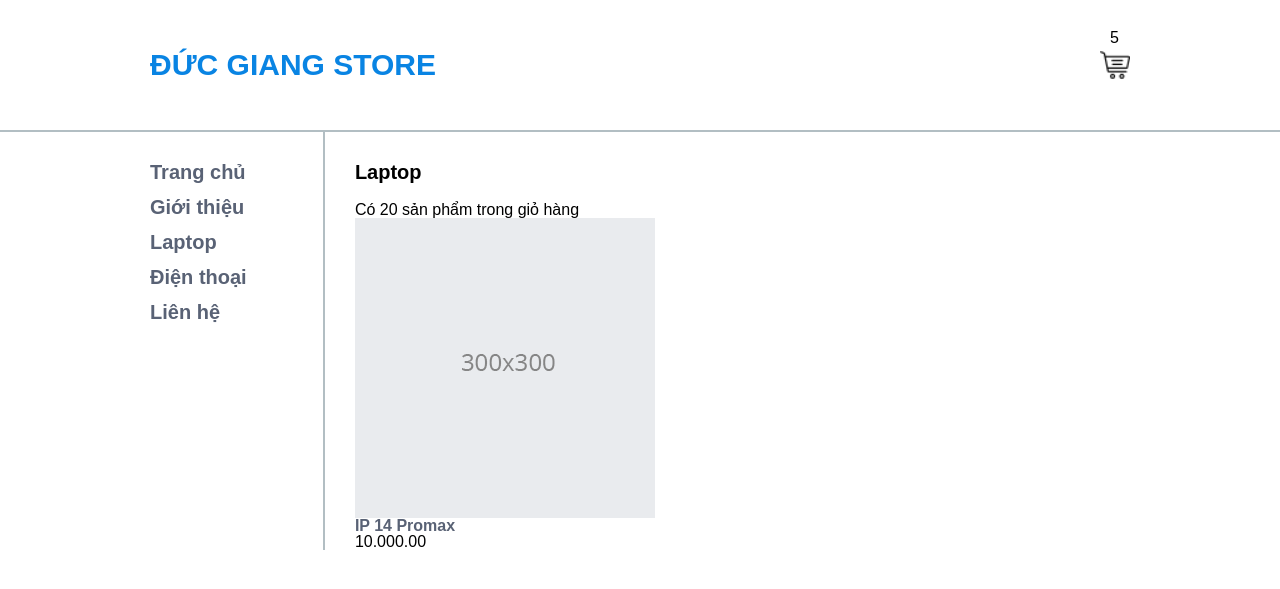
Repository: Giangattt123/PHP
Page: http://localhost/?mod=product&act=main&cat_id=2
These files come from the project's save history. The page is drawn as it stood at one moment and after the next save; the edit follows.
The browser window is 1280 px wide. The pictures show the whole page.
Some web libraries are served in a nearby version. The page is run by PHP 8.4 with error messages shown; the project is at /var/www/html/.

Above is the page before, as saved 2023-03-20 15:05:48.
Console error: TypeError: Cannot read properties of null (reading 'addEventListener')

### PHP_Shopping-Cart/Shopping_Cart/index.php
<?php
    require 'data/page.php';
    require 'data/product.php';
    require 'lib/template.php';
    require 'lib/reuse.php';
    require 'lib/pages.php';
    require 'lib/product.php';
    get_header();
?>
<?php
    $mod = !empty($_GET['mod']) ? $_GET['mod'] : 'home';
    $act = !empty($_GET['act']) ? $_GET['act'] : 'main';
    $path = "modules/{$mod}/{$act}.php";
    if(file_exists($path)){
        require $path;
    }else{

    }
?>
<?php

?>

### PHP_Shopping-Cart/Shopping_Cart/data/page.php
<?php
// Data page
$list_page = array(
    1 => array(
        'id' => 1,
        'page-title' => 'Giới thiệu',
        'create_at' => '08/03/2023' , // timestamp
        'page-content' =>"<p><strong> [Giới thiệu] </strong> Chào mừng đến với trang web bán laptop, PC của ĐỨC GIANG PC! Tại đây, chúng tôi cung cấp cho bạn một loạt các sản phẩm laptop PC chất lượng cao từ các thương hiệu hàng đầu trên thị trường. Chúng tôi cam kết mang đến cho bạn những sản phẩm chất lượng, giá cả hợp lý và dịch vụ chăm sóc khách hàng tốt nhất. Bạn có thể tìm thấy các sản phẩm từ các thương hiệu như Dell, HP, Asus, Lenovo và nhiều hơn nữa. Hãy truy cập trang web của chúng tôi và mua sắm ngay hôm nay để có được chiếc laptop PC tốt nhất cho nhu cầu của bạn. Cảm ơn đã ghé thăm trang web của chúng tôi!</p>"
    ),
    2 => array(
        'id' => 2,
        'page-title' => 'Liên hệ',
        'create_at' => '08/03/2023' , // timestamp
        'page-content' =>"<p><strong> [Liên hệ] </strong> Chúng tôi rất mong nhận được sự phản hồi từ bạn! Nếu bạn có bất kỳ câu hỏi, yêu cầu hoặc góp ý nào, xin vui lòng liên hệ với chúng tôi thông qua trang liên hệ của ĐỨC GIANG PC. Chúng tôi sẵn sàng trợ giúp bạn trong mọi vấn đề liên quan đến sản phẩm. Bạn có thể liên hệ với chúng tôi qua email, điện thoại hoặc mẫu liên hệ trực tuyến. Chúng tôi luôn sẵn sàng lắng nghe và giải quyết mọi thắc mắc của bạn, liên tục cải thiện trang web của mình và cung cấp cho bạn trải nghiệm tốt nhất có thể. Chân thành cảm ơn bạn đã quan tâm đến trang web của ĐỨC GIANG PC và hy vọng sớm nhận được thông tin từ bạn!</p>",
    )
)
?>

### PHP_Shopping-Cart/Shopping_Cart/data/product.php
<?php
#Danh mục
$list_product_cat = array(
    1 => array(
        'id' => 1,
        'cat_title' => "Điện thoại",
    ),
    2 => array(
        'id' => 2,
        'cat_title' => "Laptop",
    ),
);
#Dữ liệu sản phẩm
$list_product = array(
    1 => array(
        'id' => 1,
        'product_title' =>  'iPhone 13 256GB',
        'price' => 19990000,
        'code' => 'UNI#1',
        'product_desc' => 'Apple thỏa mãn sự chờ đón của iFan và người dùng với sự ra mắt của iPhone 13.',
        'product_thumb' => 'https://img.tgdd.vn/imgt/f_webp,fit_outside,quality_100/https://cdn.tgdd.vn/Products/Images/42/250258/iphone-13-starlight-1-600x600.jpg',
        'product_content' => "<p>Bộ vi xử lý Apple A15 mới gia tăng tốc độ CPU tới 50% và GPU đồ họa nhanh hơn 30% so với các đối thủ cạnh tranh trong cùng phân khúc, giúp iPhone 13 thể hiện sức mạnh khả năng xử lý ấn tượng hơn, mượt mà trên mọi tác vụ.</p><p><img src='https://cdn.tgdd.vn/Products/Images/42/250258/iphone-13-256gb-2.jpg'></p>",
        'cat_id' => 1,
    ),
    2 => array(
        'id' => 2,
        'product_title' =>  'iPhone 14 256GB',
        'price' => 22990000,
        'code' => 'UNI#2',
        'product_desc' => 'Mới đây thì tại sự kiện ra mắt sản phẩm mới thường niên đến từ nhà Apple thì chiếc điện thoại iPhone 14 256GB cũng đã chính thức lộ diện',
        'product_thumb' => 'https://img.tgdd.vn/imgt/f_webp,fit_outside,quality_100/https://cdn.tgdd.vn/Products/Images/42/289663/iPhone-14-plus-thumb-den-600x600.jpg',
        'product_content' => "<p>Được hoàn thiện với những vật liệu cao cấp khi mặt lưng làm từ kính cùng bộ khung nhôm chắc chắn, điều này làm cho chiếc máy của bạn trở nên sang trọng và đẳng cấp hơn.</p><p><img src='https://cdn.tgdd.vn/Products/Images/42/289663/iphone-14-256gb-080922-035413.jpg'></p>",
        'cat_id' => 1,
    ),
    3 => array(
        'id' => 3,
        'product_title' =>  'OPPO A57 128GB' ,
        'price' => 4590000,
        'code' => 'UNI#3',
        'product_desc' => 'OPPO đã bổ sung thêm vào dòng sản phẩm OPPO A giá rẻ một thiết bị mới có tên OPPO A57 128GB.',
        'product_thumb' => 'https://img.tgdd.vn/imgt/f_webp,fit_outside,quality_100/https://cdn.tgdd.vn/Products/Images/42/285082/oppo-a57-den-thumb-600x600.jpeg',
        'product_content' => "<p>Khác với mẫu A57 5G đã được ra mắt trước đó, điện thoại dòng A mới có màn hình HD+, camera chính 13 MP và pin 5000 mAh.</p><p><img src='https://cdn.tgdd.vn/Products/Images/42/282090/oppo-a57-4g-2_1280x720.jpg'></p>",
        'cat_id' => 1,
    ),
    4 => array(
        'id' => 4,
        'product_title' =>  'MacBook Pro 13',
        'price' => 30490000,
        'code' => 'UNI#4',
        'product_desc' => 'Đặc điểm nổi bật của MacBook Pro 13" 2020 Touch Bar M1 512GB',
        'product_thumb' => 'https://images.fpt.shop/unsafe/fit-in/214x214/filters:quality(90):fill(white)/fptshop.com.vn/Uploads/Originals/2022/6/7/637901935364438149_macbook-pro-m2-2022-xam-dd.jpg',
        'product_content' => "<p> MacBook Pro M1 13 inch 2020 Touch Bar mới với bộ vi xử lý Apple M1 cho bạn hiệu suất và thời lượng pin tuyệt vời nhất từ trước đến nay, mang đến hiệu năng chuyên nghiệp để hoàn thành những công việc chuyên nghiệp.</p><p><img src='https://images.fpt.shop/unsafe/filters:quality(90)/fptshop.com.vn/Uploads/images/2015/Tin-Tuc/QuanLNH2/macbook-pro-13-m1-1.jpg'></p>",
        'cat_id' => 2,
    ),
    5 => array(
        'id' => 5,
        'product_title' =>  'MacBook Pro 14',
        'price' => 52490000,
        'code' => 'UNI#5',
        'product_desc' => 'Đặc điểm nổi bật của MacBook Pro 14 2023 M2 Pro 10CPU 16GPU 16GB/512GB',
        'product_thumb' => 'https://images.fpt.shop/unsafe/fit-in/240x215/filters:quality(90):fill(white)/fptshop.com.vn/Uploads/Originals/2023/1/18/638096308244034700_macbook-pro-14-2023-m2-pro-10cpu-16gpu-bac-dd.jpg',
        'product_content' => "<p>Phiên bản chuyên nghiệp dành cho những người chuyên nghiệp, MacBook Pro 2023 14 inch với chip M2 Pro đem lại nguồn sức mạnh ấn tượng và vượt xa thế hệ cũ.</p><p><img src='https://fptshop.com.vn/Uploads/images/2015/Tin-Tuc/DuyLe/Android/Gionee/Macbook-pro-14-2023-m2-pro-3.jpg'></p>",
        'cat_id' => 2,
    ),
    6 => array(
        'id' => 6,
        'product_title' =>  'MacBook Pro 15',
        'price' => 65490000,
        'code' => 'UNI#6',
        'product_desc' => 'Đặc điểm nổi bật của MacBook Pro 16" 2021 M1 Pro Ram 32GB',
        'product_thumb' => 'https://images.fpt.shop/unsafe/fit-in/240x215/filters:quality(90):fill(white)/fptshop.com.vn/Uploads/Originals/2021/10/20/637703174146015116_macbook-pro-16-2021-xam-dd.jpg',
        'product_content' => "<p>MacBook Pro 16 inch 2021 chính là dòng máy tính xách tay mạnh nhất thế giới hiện nay với sức mạnh tối thượng từ bộ vi xử lý M1 Pro.</p><p><img src='https://fptshop.com.vn/Uploads/images/2015/Tin-Tuc/QuanLNH2/macbook-pro-16-real-life-2.jpg'></p>",
        'cat_id' => 2,
    ),
);

### PHP_Shopping-Cart/Shopping_Cart/lib/template.php
<?php
function get_header($version = ''){
    if(!empty($version)){
        $path_header = "inc/header-{$version}.php";
    }else{
        $path_header = "inc/header.php";
    }
    if(file_exists($path_header)){
        require $path_header;
    }else{
        echo "Không tồn tại đường dẫn {$path_header}";
    }
}
function get_footer($version = ''){
    if(!empty($version)){
        $path_footer = "inc/footer-{$version}.php";
    }else{
        $path_footer = "inc/footer.php";
    }
    if(file_exists($path_footer)){
        require $path_footer;
    }else{
        echo "Không tồn tại đường dẫn {$path_footer}";
    }

}
function get_sidebar(){
    require 'inc/sidebar.php';
}
?>

### PHP_Shopping-Cart/Shopping_Cart/lib/reuse.php
<?php
     function show_array($data){
        if(is_array($data)){
            echo "<pre>";
            print_r($data);
            echo "</pre>";
        }
    }
?>

### PHP_Shopping-Cart/Shopping_Cart/lib/pages.php
<?php
    function get_page_by_id($id){
        global $list_page;
        if(array_key_exists($id , $list_page)){
            return $list_page[$id];
        }
        return false;
    }

    // function show_array($data){
    //     if(is_array($data)){
    //         echo "<pre>";
    //         print_r($data);
    //         echo "</pre>";
    //     }
    //}
?>

### PHP_Shopping-Cart/Shopping_Cart/lib/product.php
<?php
    function get_info_cat($cat_id){
        global $list_product_cat;
        if(array_key_exists($cat_id , $list_product_cat)){
            return $list_product_cat[$cat_id];
        }
        return false;
    }
    function get_list_product_by_cat_id($cat_id){
        global $list_product;
        // Mảng chứa ds sp theo cat_id
        $result = array();
        foreach($list_product as $item){
            if($item['cat_id'] == $cat_id){
                $item['url'] = "?mod=product&act=detail&id={$item['id']}";
                $result[] = $item;
            }
        }
        return $result;
    }
?>

### PHP_Shopping-Cart/Shopping_Cart/inc/header.php
<!DOCTYPE html>
<html lang="en">

<head>
    <meta charset="UTF-8">
    <meta http-equiv="X-UA-Compatible" content="IE=edge">
    <meta name="viewport" content="width=device-width, initial-scale=1.0">
    <title>ĐỨC GIANG STORE</title>
    <link rel="stylesheet" href="public/css/reset.css">
    <link rel="stylesheet" href="public/css/style.css">
    <link rel="stylesheet" href="https://cdnjs.cloudflare.com/ajax/libs/font-awesome/6.3.0/css/all.min.css"
        integrity="sha512-SzlrxWUlpfuzQ+pcUCosxcglQRNAq/DZjVsC0lE40xsADsfeQoEypE+enwcOiGjk/bSuGGKHEyjSoQ1zVisanQ=="
        crossorigin="anonymous" referrerpolicy="no-referrer" />
    <script src="public/js/main.js"></script>
</head>

<body>
    <div class="wrapper">
        <div class="wrapper-content">
            <div class="header">
                <div class="header-content">
                    <div class="item-left">
                        <a href="?page=home" class="logo">ĐỨC GIANG STORE</a>
                    </div>
                    <div class="item-right">
                        <div class="cart">
                            <a href="" class="cart-icon">
                                <img src="public/images/icon-cart.png" alt="Icon_Cart" class="icon-image">
                            </a>
                            <span class="cart-number">5</span>
                        </div>
                    </div>
                </div>
            </div>
            <!-- end header -->

### PHP_Shopping-Cart/Shopping_Cart/modules/product/main.php
<!-- // File main => Chứa giao diện mua hàng, sản phẩm hiện có -->
<?php
   $cat_id = $_GET['cat_id'];
   # Lấy thông tin danh mục
    $info_cat = get_info_cat($cat_id);
    // show_array($info_cat);
    # Lấy danh sách bài viết
    $list_item = get_list_product_by_cat_id($cat_id);
    // show_array($list_item);
?>
<div class="content">
    <div class="content-container">
        <?php get_sidebar(); ?>
        <!-- dữ liệu về sản phẩm -->
        <div class="menu-content">
            <div class="section list-cat">
                <div class="section-head">
                    <h3 class="section-title"><?php echo $info_cat['cat_title'];?></h3>
                    <p class="section-desc">Có 20 sản phẩm trong giỏ hàng</p>
                </div>
                <div class="section-detail">
                    <ul class="list-item clearfix">
                        <li>
                            <a href="?mod=product&act=detail&id=1" title="" class="thumb">
                                <img src="public/images/img-product.png" alt="">
                            </a>
                            <a href="?page=detail_product" title="" class="title">IP 14 Promax</a>
                            <p class="price">10.000.00</p>
                        </li>
                    </ul>
                </div>
            </div>
        </div>
    </div>
</div>

### PHP_Shopping-Cart/Shopping_Cart/inc/sidebar.php
<div class="menu-select">
    <ul class="menu">
        <li class="menu-item">
            <a href="" class="cards" onclick="toggleActive(this)">Trang chủ</a>
        </li>
        <li class="menu-item">
            <a href="?mod=page&act=detail&id=1" class="cards" onclick="toggleActive(this)">Giới thiệu</a>
        </li>
        <li class="menu-item">
            <a href="?mod=product&act=main&cat_id=2" class="cards" onclick="toggleActive(this)">Laptop</a>
        </li>
        <li class="menu-item">
            <a href="?mod=product&act=main&cat_id=1" class="cards" onclick="toggleActive(this)">Điện thoại</a>
        </li>
        <li class="menu-item">
            <a href="?mod=page&act=detail&id=2" class="cards" onclick="toggleActive(this)">Liên hệ</a>
        </li>
    </ul>
</div>

### PHP_Shopping-Cart/Shopping_Cart/public/css/style.css
* {
  box-sizing: border-box;
}
html {
  font-size: 62.5%;
}
body {
  font-family: "Poppins", sans-serif;
  font-size: 1.6rem;
  font-weight: normal;
}
img {
  display: block;
  max-width: 100%;
}
.header-content {
  display: flex;
  justify-content: space-between;
  margin-left: 150px;
  margin-right: 150px;
  padding: 50px 0px;
  /* border-bottom: 1px solid #f00; */
}
.item-left .logo {
  font-size: 3rem;
  color: #0984e3;
  font-weight: bold;
}
.cart {
  position: relative;
  display: flex;
  align-items: center;
}
.cart .cart-icon .icon-image {
  width: 30px;
  height: 30px;
}
.cart .cart-number {
  position: absolute;
  top: -20px;
  left: 10px;
}
.header {
  border-bottom: 2px solid #b2bec3;
}
.content-container {
  display: flex;
}
.menu-select {
  width: 18%;
  margin-left: 150px;
  font-size: 2rem;
  /* margin-top: 30px; */
  border-right: 2px solid #b2bec3;
  min-height: 100%;
}
.menu-content {
  width: 80%;
  margin-top: 30px;
  margin-left: 30px;
  margin-right: 150px;
}
.menu-select ul.menu li:not(:first-child) {
  margin-top: 15px;
  color: #0984e3;
}
.menu {
  margin-top: 30px;
}
a {
  color: #596275;
  font-weight: bold;
}
a.active:active,
a.active:focus {
  color: plum;
}
h3.section-title {
  font-size: 2rem;
  font-weight: bold;
  margin-bottom: 20px;
}
p.create-date {
  margin-bottom: 20px;
}
.contents-news {
  line-height: 1.4;
}
ul.clearfix {
  display: flex;
}

### PHP_Shopping-Cart/Shopping_Cart/public/js/main.js
function toggleActive(selected) {
  let cards = document.querySelectorAll(".cards");
  for (let i = 0; i < cards.length; i++) {
    cards[i].classList.remove("active");
  }
  selected.classList.add("active");
}
const toggle = document.querySelector(".menu-toggle");
const menu = document.querySelector(".menu");
toggle.addEventListener("click", handelToggleMenu);
function handelToggleMenu(event) {
  event.target.classList.toggle("fa-times");
  event.target.classList.toggle("fa-bars");
  menu.classList.toggle("menu-is_show");
}
document.addEventListener("click", handleClickOutMenu);
function handleClickOutMenu(event) {
  if (!menu.contains(event.target) && !event.target.matches(".menu-toggle")) {
    menu.classList.remove("menu-is_show");
    toggle.classList.remove("fa-times");
    toggle.classList.add("fa-bars");
  }
}
const tabItems = document.querySelectorAll(".tab-item");
[...tabItems].forEach((item) => item.addEventListener("click", handleTabClick));
function handleTabClick(event) {
  console.log(event.target);
  [...tabItems].forEach((item) => item.classList.remove("active"));
  event.target.classList.add("active");
  const tabNumBer = event.target.dataset.tab;
}

Loaded but not shown: PHP_Shopping-Cart/Shopping_Cart/public/css/reset.css (common file)

After the next save:
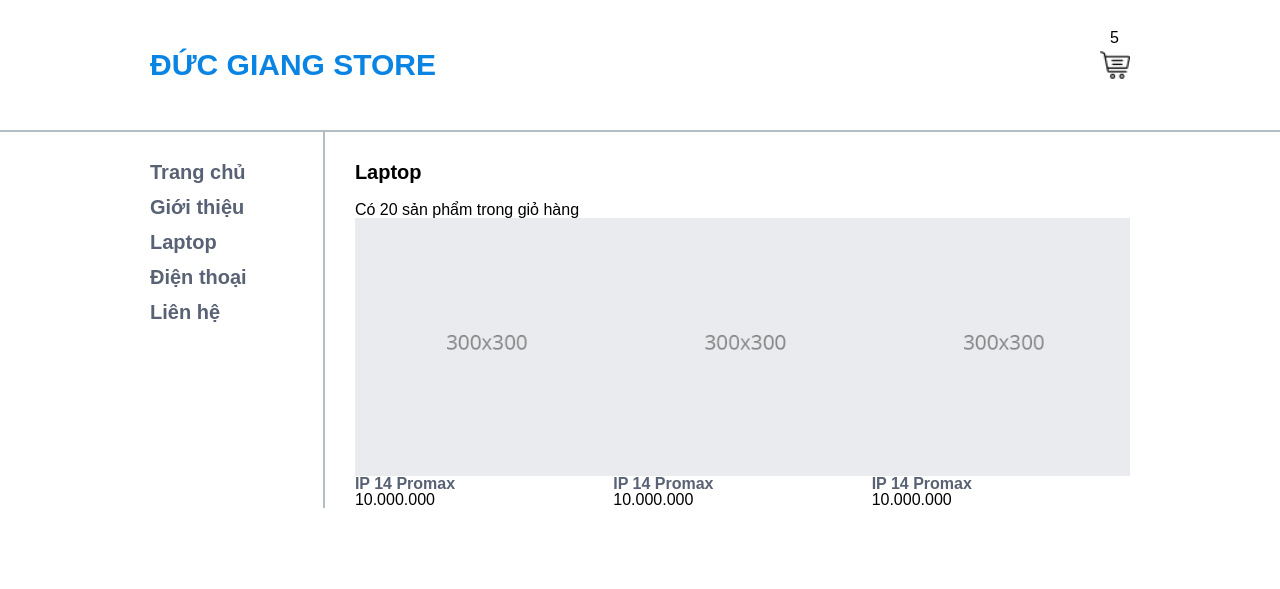
Saved 6 min 9 s later.
--- a/PHP_Shopping-Cart/Shopping_Cart/modules/product/main.php
+++ b/PHP_Shopping-Cart/Shopping_Cart/modules/product/main.php
@@ -19,14 +19,26 @@
                     <p class="section-desc">Có 20 sản phẩm trong giỏ hàng</p>
                 </div>
                 <div class="section-detail">
+                    <?php
+                        if(!empty($list_item)){
+                        ?>
                     <ul class="list-item clearfix">
+                        <?php foreach($list_item as $item){
+                                ?>
                         <li>
                             <a href="?mod=product&act=detail&id=1" title="" class="thumb">
                                 <img src="public/images/img-product.png" alt="">
                             </a>
                             <a href="?page=detail_product" title="" class="title">IP 14 Promax</a>
-                            <p class="price">10.000.00</p>
+                            <p class="price">10.000.000</p>
                         </li>
+                        <?php }
+                            ?>
+
+                        <?php }
+                        ?>
+
+
                     </ul>
                 </div>
             </div>
